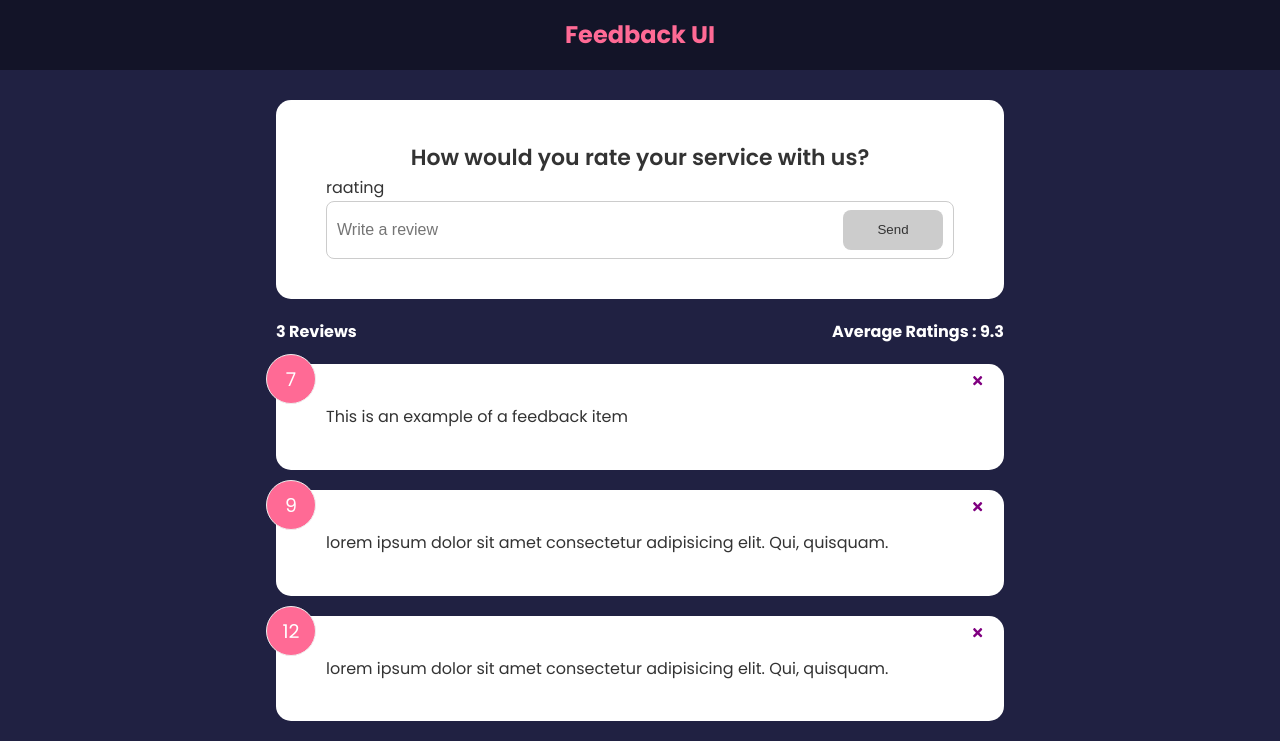
Repository: bayorwor/feedbackapp
Page: /
These files come from the project's save history. The page is drawn as it stood at one moment and after a run of saves; the edit follows.
The browser window is 1280 px wide. The pictures show the whole page.
The project was rebuilt for these pictures with package versions that can differ from the ones it lists, and the page was loaded fresh each time.

Above is the page before, as saved 2022-01-30 19:50:42.

### public/index.html
<!DOCTYPE html>
<html lang="en">
  <head>
    <meta charset="utf-8" />
    <link rel="icon" href="%PUBLIC_URL%/favicon.ico" />
    <meta name="viewport" content="width=device-width, initial-scale=1" />
    <meta name="theme-color" content="#000000" />
    <meta
      name="description"
      content="Web site created using create-react-app"
    />
    <link rel="apple-touch-icon" href="%PUBLIC_URL%/logo192.png" />
    <link rel="manifest" href="%PUBLIC_URL%/manifest.json" />
    <title>feedback app</title>
  </head>
  <body>
    <noscript>You need to enable JavaScript to run this app.</noscript>
    <div id="root"></div>
  </body>
</html>

### src/App.js
import { useState } from "react";
import Header from "./components/Header";
import feedbackData from "./data/feedBacks";
import FeedbackList from "./components/FeedbackList";
import FeedbackStats from "./components/FeedbackStats";
import FeedbackForm from "./components/FeedbackForm";

const App = () => {
  const [feedback, setFeedback] = useState(feedbackData);

  const deleteFeedback = (id) => {
    if (window.confirm("Are you sure you want to delete this feedback?")) {
      setFeedback(feedback.filter((feedback) => feedback.id !== id));
    }
  };

  return (
    <>
      <Header />
      <div className="container">
        <FeedbackForm />
        <FeedbackStats feedback={feedback} />
        <FeedbackList feedback={feedback} deleteFeedback={deleteFeedback} />
      </div>
    </>
  );
};

export default App;

### src/components/Header.jsx
import React from "react";
import PropTypes from "prop-types";

const Header = ({ text, bgColor, textColor }) => {
  const headerStyle = {
    backgroundColor: bgColor,
    color: textColor,
  };

  return (
    <header style={headerStyle}>
      <div className="container">
        <h2>{text}</h2>
      </div>
    </header>
  );
};

Header.defaultProps = {
  text: "Feedback UI",
  bgColor: "rgba(0, 0, 0, 0.4)",
  textColor: "#ff6a95",
};

Header.propTypes = {
  text: PropTypes.string,
  bgColor: PropTypes.string,
  textColor: PropTypes.string,
};

export default Header;

### src/data/feedBacks.js
const feedbackData = [
  {
    rating: 7,
    text: "This is an example of a feedback item",
    id: 1,
  },
  {
    rating: 9,
    text: "lorem  ipsum dolor sit  amet consectetur adipisicing elit. Qui, quisquam.",
    id: 2,
  },
  {
    rating: 12,
    text: "lorem  ipsum dolor sit  amet consectetur adipisicing elit. Qui, quisquam.",
    id: 3,
  },
];

export default feedbackData;

### src/components/FeedbackList.jsx
import PropTypes from "prop-types";
import FeedbaackItem from "./FeedbaackItem";

function FeedbackList({ feedback, deleteFeedback }) {
  if (!feedback || feedback.length === 0) {
    return <p>There are no feedbacks to display</p>;
  }

  return (
    <div className="feedback-list">
      {feedback.map((feedback) => (
        <FeedbaackItem
          key={feedback.id}
          feedback={feedback}
          deleteFeedback={deleteFeedback}
        />
      ))}
    </div>
  );
}

FeedbackList.propTypes = {
  feedback: PropTypes.arrayOf(
    PropTypes.shape({
      id: PropTypes.number.isRequired,
      text: PropTypes.string.isRequired,
      rating: PropTypes.number.isRequired,
    }).isRequired
  ).isRequired,
};

export default FeedbackList;

### src/components/FeedbackStats.jsx
import PropTypes from "prop-types";

function FeedbackStats({ feedback }) {
  let average =
    feedback.reduce((total, feedback) => total + feedback.rating, 0) /
    feedback.length;

  average = average.toFixed(1);

  return (
    <div className="feedback-stats">
      <h4>{feedback.length} Reviews</h4>
      <h4>Average Ratings : {isNaN(average) ? 0 : average}</h4>
    </div>
  );
}

FeedbackStats.propTypes = {
  feedback: PropTypes.array.isRequired,
};

export default FeedbackStats;

### src/components/FeedbackForm.jsx
import { useState } from "react";
import Card from "./shared/Card";
import Button from "./shared/Button";
import RatingSelect from "./RatingSelect";

function FeedbackForm() {
  const [text, setText] = useState("");
  const [rating, setRating] = useState(10);
  const [btnDisabled, setBtnDisabled] = useState(true);
  const [message, setMessage] = useState("");

  const handleChange = (event) => {
    if (text === "") {
      setBtnDisabled(true);
      setMessage(null);
    } else if (text !== "" && text.trim().length <= 10) {
      setBtnDisabled(true);
      setMessage("Please enter at least 10 characters");
    } else {
      setBtnDisabled(false);
      setMessage(null);
    }
    setText(event.target.value);
  };

  return (
    <Card>
      <form>
        <h2>How would you rate your service with us?</h2>
        <RatingSelect />
        <div className="input-group">
          <input
            onChange={handleChange}
            value={text}
            type="text"
            placeholder="Write a review"
          />
          <Button type="submit" isDisabled={btnDisabled}>
            Send
          </Button>
        </div>
        {message && <div className="message">{message}</div>}
      </form>
    </Card>
  );
}

export default FeedbackForm;

### src/components/FeedbaackItem.jsx
import { FaTimes } from "react-icons/fa";
import PropTypes from "prop-types";
import Card from "./shared/Card";

function FeedbaackItem({ feedback, deleteFeedback }) {
  return (
    <Card>
      <div className="num-display">{feedback.rating}</div>
      <button onClick={() => deleteFeedback(feedback.id)} className="close">
        <FaTimes color="purple" />
      </button>
      <div className="text-display">{feedback.text}</div>
    </Card>
  );
}

FeedbaackItem.propTypes = {
  feedback: PropTypes.shape({
    id: PropTypes.number.isRequired,
    text: PropTypes.string.isRequired,
    rating: PropTypes.number.isRequired,
  }).isRequired,
};

export default FeedbaackItem;

### src/components/shared/Card.jsx
import React from "react";
import PropTypes from "prop-types";

function Card({ children, reverse }) {
  return <div className={`card ${reverse && "reverse"}`}>{children}</div>;
}

Card.defaultProps = {
  reverse: false,
};

Card.propTypes = {
  children: PropTypes.node.isRequired,
  reverse: PropTypes.bool,
};

export default Card;

### src/components/shared/Button.js
import PropTypes from "prop-types";

function Button({ children, version, type, isDisabled }) {
  return (
    <button type={type} disabled={isDisabled} className={`btn btn-${version}`}>
      {children}
    </button>
  );
}

Button.defaultProps = {
  version: "primary",
  type: "button",
  isDisabled: false,
};

Button.prototype = {
  children: PropTypes.node.isRequired,
  version: PropTypes.string,
  type: PropTypes.string,
  isDisabled: PropTypes.bool,
};

export default Button;

### src/components/RatingSelect.jsx
import { useState } from "react";

function RatingSelect() {
  const [selected, setSelected] = useState(10);

  return <div>raating</div>;
}

export default RatingSelect;

Loaded but not shown: src/index.js (common file); src/index.css (common file)

After the next 2 saves:
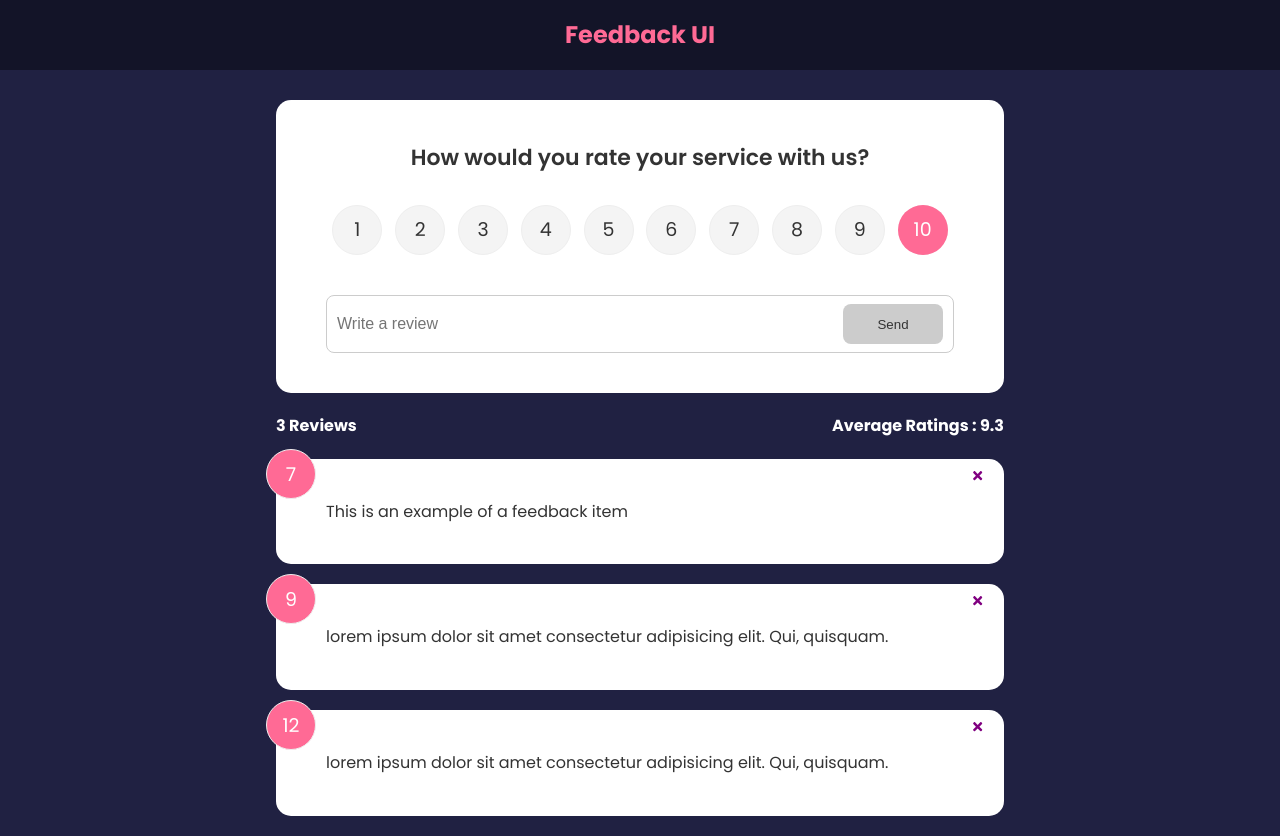
The 2 saves are shown as one change because 1 did not build or start.
The last was saved 2 min 20 s later.
--- a/src/components/RatingSelect.jsx
+++ b/src/components/RatingSelect.jsx
@@ -3,7 +3,121 @@ import { useState } from "react";
 function RatingSelect() {
   const [selected, setSelected] = useState(10);
 
-  return <div>raating</div>;
+  const handleChange = (event) => {};
+  return (
+    <ul className="rating">
+      <li>
+        <input
+          type="radio"
+          id="num1"
+          name="rating"
+          value="1"
+          onChange={handleChange}
+          checked={selected === 1}
+        />
+        <label htmlFor="num1">1</label>
+      </li>
+      <li>
+        <input
+          type="radio"
+          id="num2"
+          name="rating"
+          value="2"
+          onChange={handleChange}
+          checked={selected === 2}
+        />
+        <label htmlFor="num2">2</label>
+      </li>
+      <li>
+        <input
+          type="radio"
+          id="num3"
+          name="rating"
+          value="3"
+          onChange={handleChange}
+          checked={selected === 3}
+        />
+        <label htmlFor="num3">3</label>
+      </li>
+      <li>
+        <input
+          type="radio"
+          id="num4"
+          name="rating"
+          value="4"
+          onChange={handleChange}
+          checked={selected === 4}
+        />
+        <label htmlFor="num4">4</label>
+      </li>
+      <li>
+        <input
+          type="radio"
+          id="num5"
+          name="rating"
+          value="5"
+          onChange={handleChange}
+          checked={selected === 5}
+        />
+        <label htmlFor="num5">5</label>
+      </li>
+      <li>
+        <input
+          type="radio"
+          id="num6"
+          name="rating"
+          value="6"
+          onChange={handleChange}
+          checked={selected === 6}
+        />
+        <label htmlFor="num6">6</label>
+      </li>
+      <li>
+        <input
+          type="radio"
+          id="num7"
+          name="rating"
+          value="7"
+          onChange={handleChange}
+          checked={selected === 7}
+        />
+        <label htmlFor="num7">7</label>
+      </li>
+      <li>
+        <input
+          type="radio"
+          id="num8"
+          name="rating"
+          value="8"
+          onChange={handleChange}
+          checked={selected === 8}
+        />
+        <label htmlFor="num8">8</label>
+      </li>
+      <li>
+        <input
+          type="radio"
+          id="num9"
+          name="rating"
+          value="9"
+          onChange={handleChange}
+          checked={selected === 9}
+        />
+        <label htmlFor="num9">9</label>
+      </li>
+      <li>
+        <input
+          type="radio"
+          id="num10"
+          name="rating"
+          value="10"
+          onChange={handleChange}
+          checked={selected === 10}
+        />
+        <label htmlFor="num10">10</label>
+      </li>
+    </ul>
+  );
 }
 
 export default RatingSelect;
